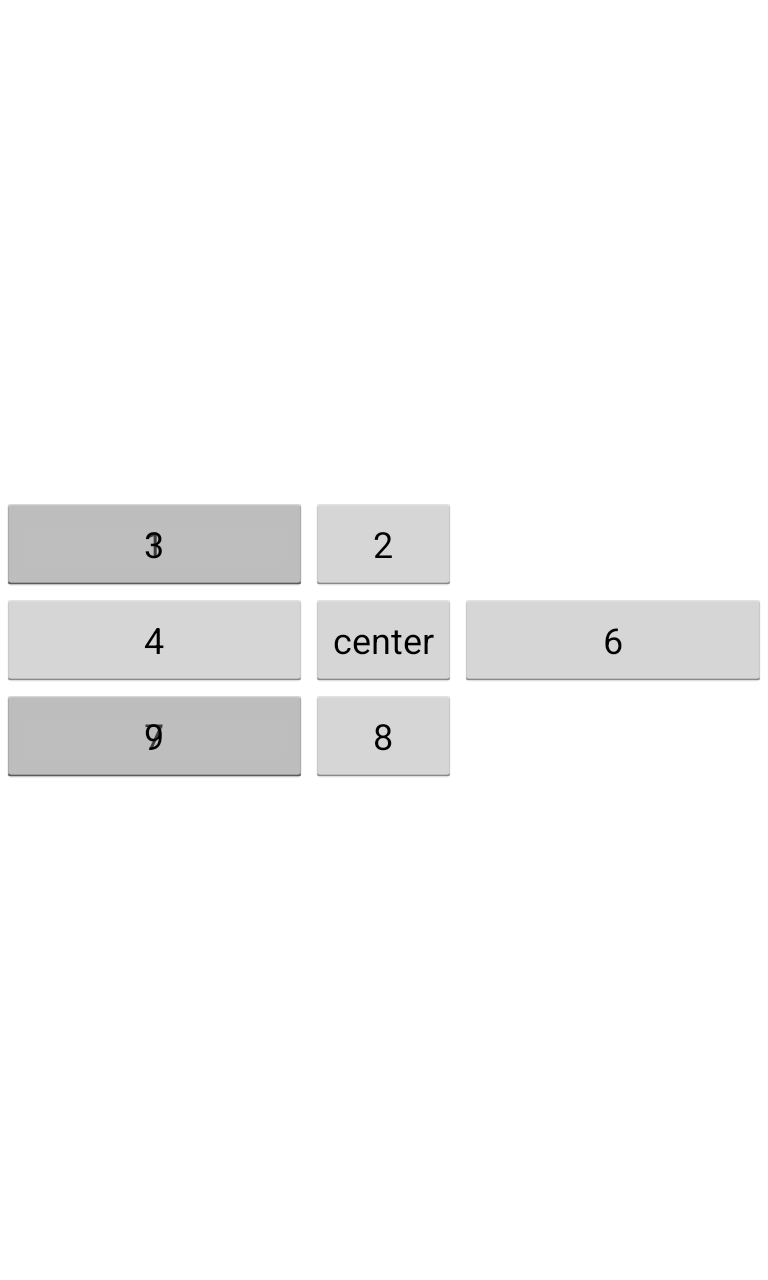
Repository: qwer2714856/Android_learn
Layout: relativeLayoutDeom/res/layout/activity_main.xml
An editor plug-in stored every save of this project. The layout is shown before and after the next save, followed by the edit.
It is drawn on a 768 x 1280 px phone screen (xhdpi) without system bars, with theme AppTheme; the app's code is not run.

Above is the layout before, as saved 2015-09-29 04:24:18.

After the next save:
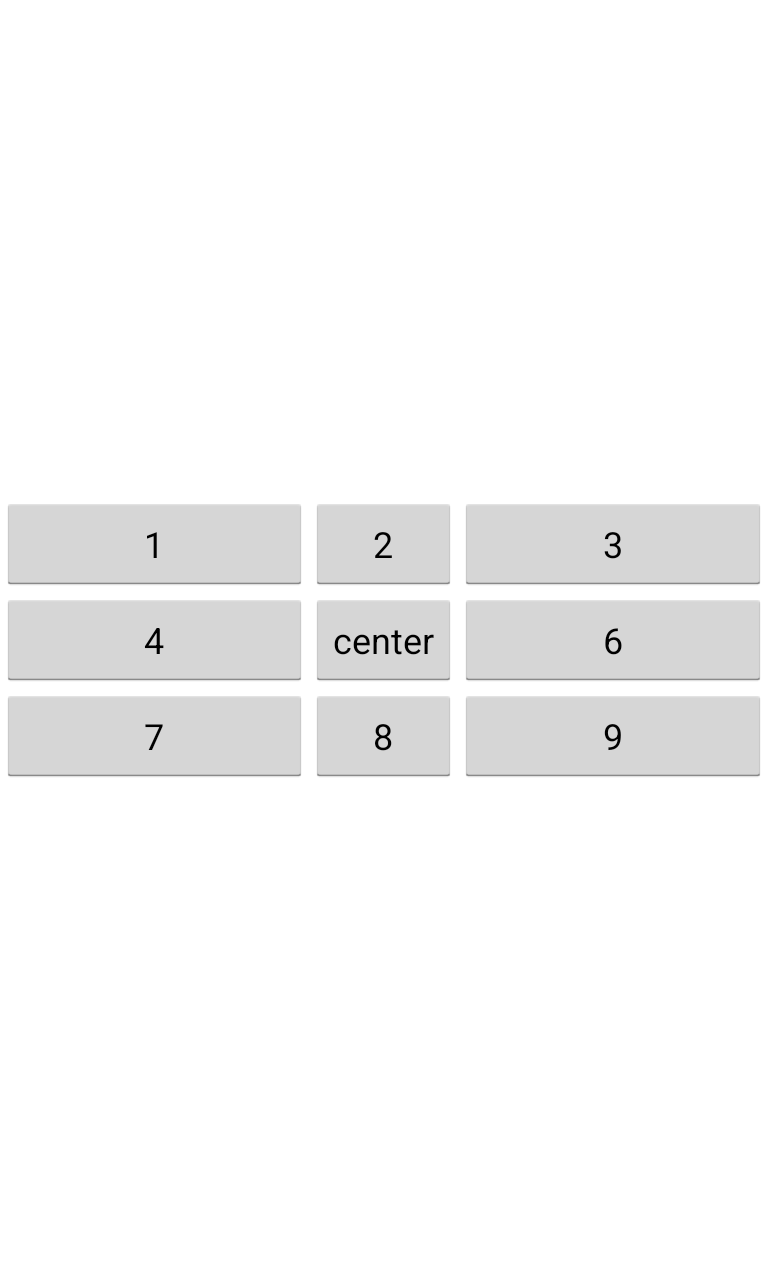
Saved 21 s later.
--- a/relativeLayoutDeom/res/layout/activity_main.xml
+++ b/relativeLayoutDeom/res/layout/activity_main.xml
@@ -98,9 +98,9 @@
         android:layout_height="wrap_content"
         android:text="3"
         android:id="@+id/a3"
-        android:layout_above="@id/a4"
-        android:layout_alignLeft="@id/a4"
-        android:layout_alignRight="@id/a4"
+        android:layout_above="@id/a6"
+        android:layout_alignLeft="@id/a6"
+        android:layout_alignRight="@id/a6"
 
         />
 
@@ -109,9 +109,9 @@
         android:layout_height="wrap_content"
         android:text="9"
         android:id="@+id/a9"
-        android:layout_below="@id/a4"
-        android:layout_alignLeft="@id/a4"
-        android:layout_alignRight="@id/a4"
+        android:layout_below="@id/a6"
+        android:layout_alignLeft="@id/a6"
+        android:layout_alignRight="@id/a6"
 
         />
 
